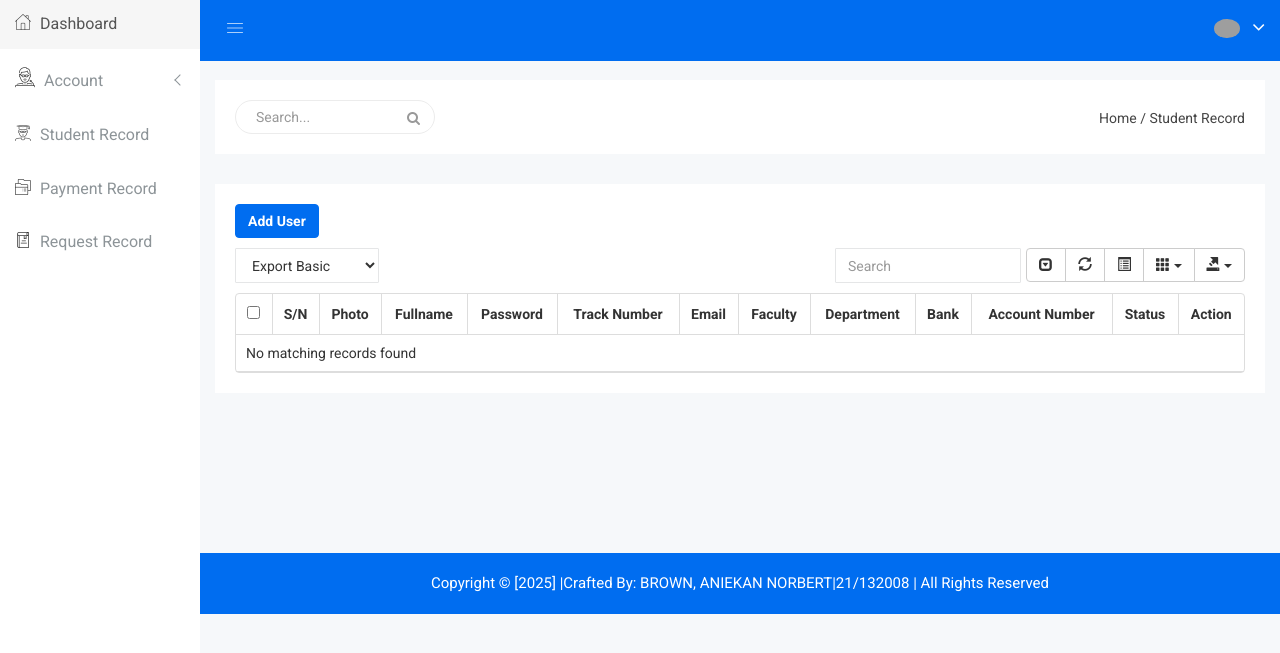
Repository: walterjnr1/crowdfunding-system
Page: http://localhost/crowdfunding/Admin/student_record.php
These files come from the project's save history. The page is drawn as it stood at one moment and after the next save; the edit follows.
The browser window is 1280 px wide. The pictures show the whole page.
Pictures or frames that could not be fetched are drawn as grey boxes. The page is run by PHP 8.4 with error messages shown; the project is at /var/www/html/. The session is filled in as if someone had signed in: {"login_email": "test@example.com", "logged": 1741212879}. Queries for data that is not in the repository find no rows.

Above is the page before, as saved 2025-03-05 22:58:29.
Console error (its wording comes from the project's code and is left out).

After the next save:
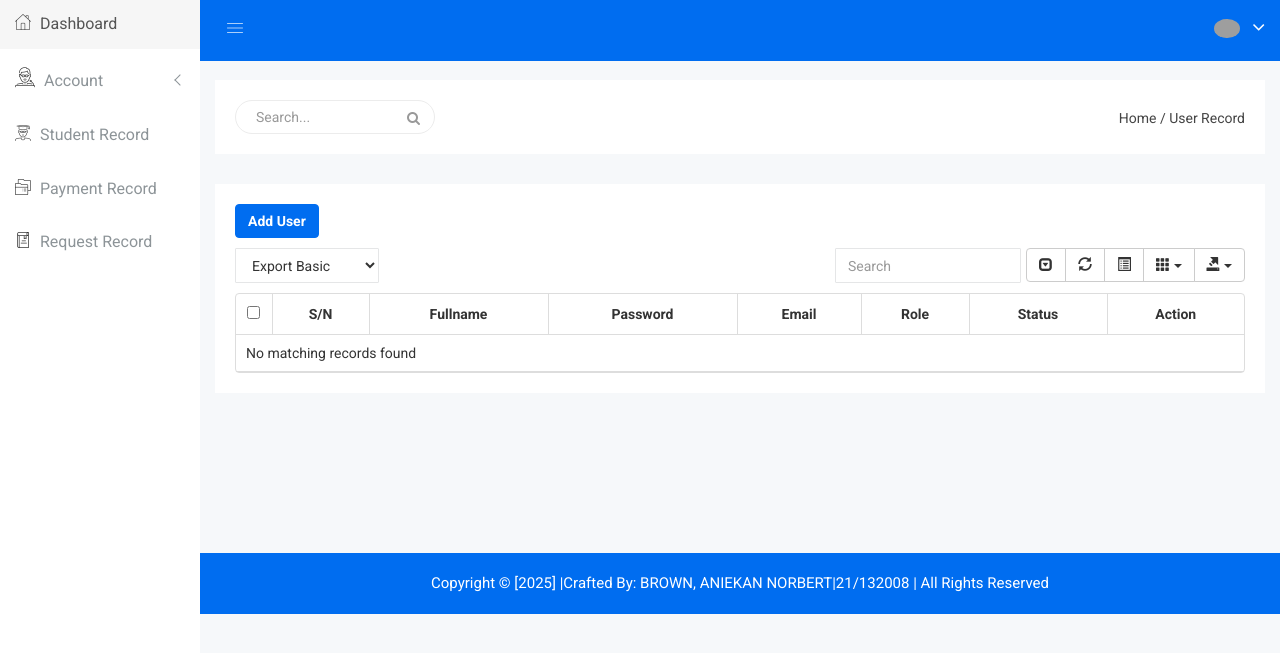
Saved 3 min 59 s later.
--- a/Admin/student_record.php
+++ b/Admin/student_record.php
@@ -125,7 +125,7 @@ else {return false;
                                         <ul class="breadcome-menu">
                                             <li><a href="#">Home</a> <span class="bread-slash">/</span>
                                             </li>
-                                            <li><span class="bread-blod">Student Record</span>
+                                            <li><span class="bread-blod">User Record</span>
                                             </li>
                                         </ul>
                                     </div>
@@ -162,16 +162,12 @@ else {return false;
                                             <tr>
                                                 <th data-field="state" data-checkbox="true"></th>
                                                 <th data-field="id"><div align="center">S/N</div></th>
-                                                <th data-field="fullname" data-editable="true"><div align="center">Photo</div></th>
                                                 <th data-field="fullname" data-editable="true"><div align="center">Fullname</div></th>
                                                 <th data-field="password" data-editable="true"><div align="center">Password</div></th>
-                                                <th data-field="email" data-editable="true"><div align="center">Track Number</div></th>
-                                                <th data-field="role" data-editable="true"><div align="center">Email</div></th>
-                                                <th data-field="status" data-editable="true"><div align="center">Faculty</div></th>
-                                                <th data-field="status" data-editable="true"><div align="center">Department</div></th>
-                                                <th data-field="status" data-editable="true"><div align="center">Bank</div></th>
-                                                <th data-field="status" data-editable="true"><div align="center">Account Number</div></th>
+                                                <th data-field="email" data-editable="true"><div align="center">Email</div></th>
+                                                <th data-field="role" data-editable="true"><div align="center">Role</div></th>
                                                 <th data-field="status" data-editable="true"><div align="center">Status</div></th>
+
                                                 <th data-field="action"><div align="center">Action</div></th>
                                             </tr>
                                         </thead>
@@ -192,26 +188,18 @@ else {return false;
                                                  <td><?php echo $row['fullname'];  ?></td>
                                                  <td><?php echo $row['password'];  ?></td>
                                                  <td><?php echo $row['email'];  ?></td>
-                                                 <td><?php echo $row['role'];  ?></td>                                                 <td><?php echo $row['role'];  ?></td>
-                                                 <td><?php echo $row['role'];  ?></td>
-                                                 <td><?php echo $row['role'];  ?></td>
-                                                 <td><?php echo $row['role'];  ?></td>
-                                                 <td><?php echo $row['role'];  ?></td>
-                                                 <td><?php echo $row['role'];  ?></td>
-                                                 <td><?php echo $row['role'];  ?></td>
-                                                 <td><?php echo $row['role'];  ?></td>
-                                                 <td><?php echo $row['role'];  ?></td>
-                                                 <td><?php echo $row['role'];  ?></td>
                                                  <td><?php echo $row['role'];  ?></td>
                                                 <td><?php if (($row['status'])==(('0')))  { ?>
-                                                 Not Active <?php } else {?>Active<?php } ?></td>
-
-                                              <td><?php if (($row['status'])==(('0')))  { ?>
-                                               <a button class="btn btn-success"  href="enable_disable_user.php?eid=<?php echo $row['id'];?>" onClick="return enable();">Enable</button></a>
-				                        	  <?php } else {?>
-                                                <a button class="btn btn-success"  href="enable_disable_user.php?did=<?php echo $row['id'];?>" onClick="return disable();">Disable</button></a>
-				                            	  <?php } ?>
-                                              <a button class="btn btn-danger"  href="delete_user.php?id=<?php echo $row['id'];?>" onClick="return deldata();">Delete</button></a>                      </td>
+                                                 Not Active <?php } else {?>
+                                                     Active
+                                        		 <?php } ?></td>
+
+                      <td><?php if (($row['status'])==(('0')))  { ?>
+              <a button class="btn btn-success"  href="enable_disable_user.php?eid=<?php echo $row['id'];?>" onClick="return enable();">Enable</button></a>
+					  <?php } else {?>
+              <a button class="btn btn-success"  href="enable_disable_user.php?did=<?php echo $row['id'];?>" onClick="return disable();">Disable</button></a>
+					  <?php } ?>
+                      <a button class="btn btn-danger"  href="delete_user.php?id=<?php echo $row['id'];?>" onClick="return deldata();">Delete</button></a>                      </td>
                                             </tr>
                                             <?php $cnt=$cnt+1;} ?>
                                         </tbody>
